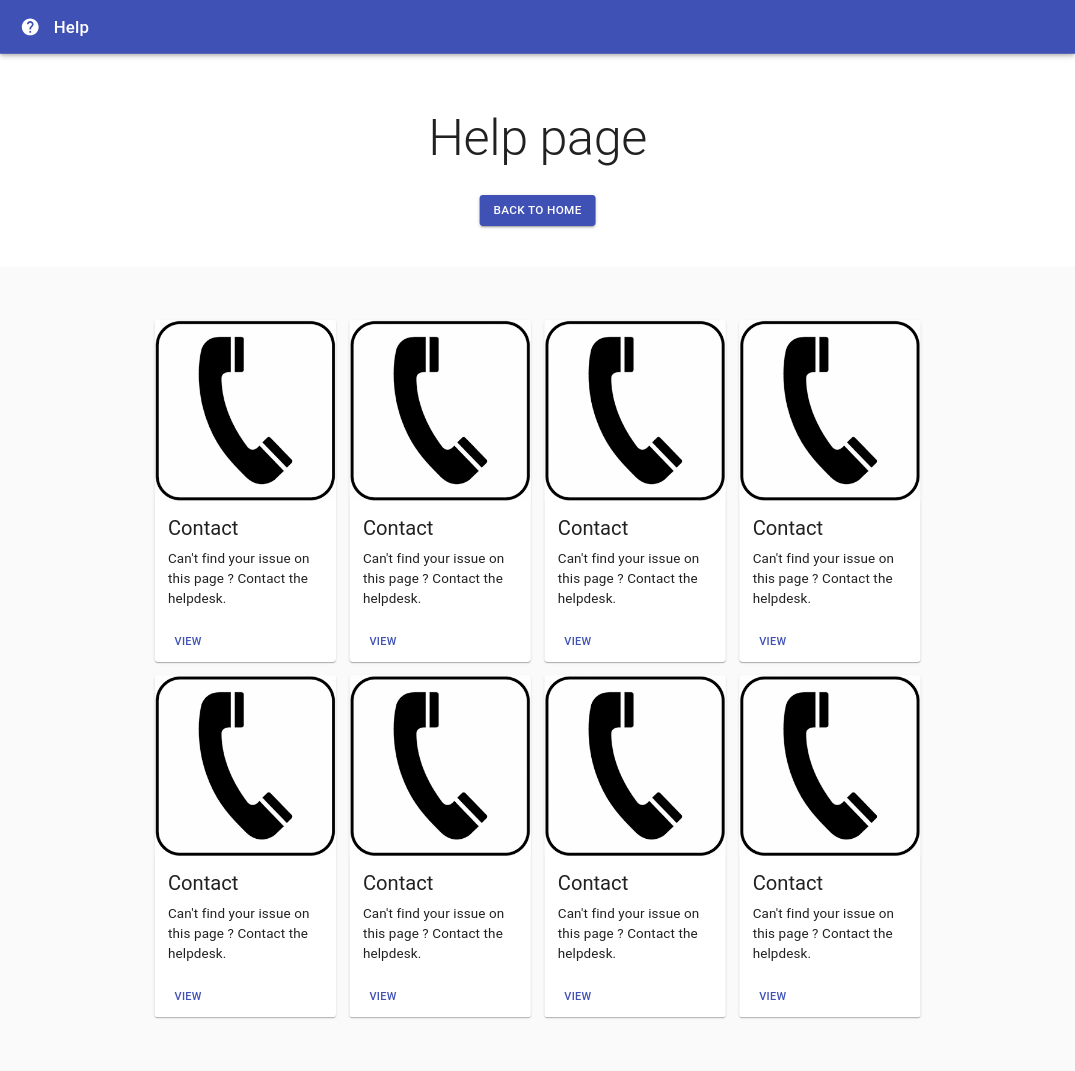
Repository: sapbrussels/intelligenthighway_webapp
Page: /Problempage (app in router/)
The author's editor kept a copy of each file at every save. The page is drawn from the files as they stood at one save, then again after the next save.
The browser window is 1280 px wide. The pictures show the whole page, at 84% of full size.
The project was rebuilt for these pictures with package versions that can differ from the ones it lists, and the page was loaded fresh each time. Also part of the build but not shown: router/src/App.css, router/src/Login.js, router/src/Title.js, router/src/Maps.js, router/src/Jobspage.js, router/src/Direction.js, router/src/Maintenance.js, router/src/Help.js.

Above is the page before, as saved 2020-03-31 13:47:00.

### router/src/App.js
import React from 'react';
import {BrowserRouter, Route, Switch} from "react-router-dom";
import './App.css';
import Login from './Login';
import Jobspage from'./Jobspage';
import Maintenance from './Maintenance';
import Help from './Help';
import Problempage from './Problempage';

function App() {
  return (
    <BrowserRouter>
    <Switch>
     <Route path='/' exact component={Login}/>
     <Route path='/Jobspage' exact component={Jobspage}/>
     <Route path='/Maintenance' exact component={Maintenance}/>
     <Route path='/Help' exact component={Help}/>
     <Route path='/Problempage' exact component={Problempage}/>
     </Switch>
    </BrowserRouter>

  );
}

export default App;

### router/src/Problempage.js
import React from 'react';
import AppBar from '@material-ui/core/AppBar';
import Button from '@material-ui/core/Button';
import HelpIcon from '@material-ui/icons/Help';
import Card from '@material-ui/core/Card';
import { Link } from "react-router-dom";
import CardActions from '@material-ui/core/CardActions';
import CardContent from '@material-ui/core/CardContent';
import CardMedia from '@material-ui/core/CardMedia';
import CssBaseline from '@material-ui/core/CssBaseline';
import Grid from '@material-ui/core/Grid';
import Toolbar from '@material-ui/core/Toolbar';
import Typography from '@material-ui/core/Typography';
import { makeStyles } from '@material-ui/core/styles';
import Container from '@material-ui/core/Container';



const useStyles = makeStyles((theme) => ({
  icon: {
    marginRight: theme.spacing(2),
  },
  heroContent: {
    backgroundColor: theme.palette.background.paper,
    padding: theme.spacing(8, 0, 6),
  },
  heroButtons: {
    marginTop: theme.spacing(4),
  },
  cardGrid: {
    paddingTop: theme.spacing(8),
    paddingBottom: theme.spacing(8),
  },
  card: {
    height: '100%',
    display: 'flex',
    flexDirection: 'column',

  },
  cardMedia: {
    paddingTop: '100%', // 16:9
  },
  cardContent: {
    flexGrow: 1,
  },
  footer: {
    backgroundColor: theme.palette.background.paper,
    padding: theme.spacing(6),
  },
}));



export default function Album() {
  const classes = useStyles();

  return (
    <React.Fragment>
      <CssBaseline />
      <AppBar position="relative">
        <Toolbar>
          <HelpIcon className={classes.icon} />
          <Typography variant="h6" color="inherit" noWrap>
            Help
          </Typography>
        </Toolbar>
      </AppBar>
      <main>
        {/* Hero unit */}
        <div className={classes.heroContent}>
          <Container maxWidth="sm">
            <Typography component="h1" variant="h2" align="center" color="textPrimary" gutterBottom>
              Help page
            </Typography>
            <div className={classes.heroButtons}>
              <Grid container spacing={2} justify="center">
                <Grid item>
                  <Link to='/Jobspage'><Button variant="contained" color="primary">
                    Back to home
                  </Button></Link>
                </Grid>
              </Grid>
            </div>
          </Container>
        </div>
        <Container className={classes.cardGrid} maxWidth="md">
          {/* End hero unit */}
            <Grid container spacing={2}>
            <Grid item xs={4}sm={3} >
                <Card className={classes.card}>
                  <CardMedia
                    className={classes.cardMedia}
                    image="contact.png"
                    title="Image title"
                  />
                  <CardContent className={classes.cardContent}>
                    <Typography gutterBottom variant="h5" component="h2">
                      Contact
                    </Typography>
                    <Typography>
                      Can't find your issue on this page ? Contact the helpdesk.
                    </Typography>
                  </CardContent>
                  <CardActions>
                    <Button size="small" color="primary">
                      View
                    </Button>
                  </CardActions>
                </Card>
              </Grid>
              <Grid item xs={4}sm={3} >
                <Card className={classes.card}>
                  <CardMedia
                    className={classes.cardMedia}
                    image="contact.png"
                    title="Image title"
                  />
                  <CardContent className={classes.cardContent}>
                    <Typography gutterBottom variant="h5" component="h2">
                      Contact
                    </Typography>
                    <Typography>
                      Can't find your issue on this page ? Contact the helpdesk.
                    </Typography>
                  </CardContent>
                  <CardActions>
                    <Button size="small" color="primary">
                      View
                    </Button>
                  </CardActions>
                </Card>
              </Grid>
              <Grid item xs={4}sm={3} >
                <Card className={classes.card}>
                  <CardMedia
                    className={classes.cardMedia}
                    image="contact.png"
                    title="Image title"
                  />
                  <CardContent className={classes.cardContent}>
                    <Typography gutterBottom variant="h5" component="h2">
                      Contact
                    </Typography>
                    <Typography>
                      Can't find your issue on this page ? Contact the helpdesk.
                    </Typography>
                  </CardContent>
                  <CardActions>
                    <Button size="small" color="primary">
                      View
                    </Button>
                  </CardActions>
                </Card>
              </Grid>
              <Grid item xs={4}sm={3} >
                <Card className={classes.card}>
                  <CardMedia
                    className={classes.cardMedia}
                    image="contact.png"
                    title="Image title"
                  />
                  <CardContent className={classes.cardContent}>
                    <Typography gutterBottom variant="h5" component="h2">
                      Contact
                    </Typography>
                    <Typography>
                      Can't find your issue on this page ? Contact the helpdesk.
                    </Typography>
                  </CardContent>
                  <CardActions>
                    <Button size="small" color="primary">
                      View
                    </Button>
                  </CardActions>
                </Card>
              </Grid>
              <Grid item xs={4}sm={3} >
                <Card className={classes.card}>
                  <CardMedia
                    className={classes.cardMedia}
                    image="contact.png"
                    title="Image title"
                  />
                  <CardContent className={classes.cardContent}>
                    <Typography gutterBottom variant="h5" component="h2">
                      Contact
                    </Typography>
                    <Typography>
                      Can't find your issue on this page ? Contact the helpdesk.
                    </Typography>
                  </CardContent>
                  <CardActions>
                    <Button size="small" color="primary">
                      View
                    </Button>
                  </CardActions>
                </Card>
              </Grid>

              <Grid item xs={4}sm={3} >
                <Card className={classes.card}>
                  <CardMedia
                    className={classes.cardMedia}
                    image="contact.png"
                    title="Image title"
                  />
                  <CardContent className={classes.cardContent}>
                    <Typography gutterBottom variant="h5" component="h2">
                      Contact
                    </Typography>
                    <Typography>
                      Can't find your issue on this page ? Contact the helpdesk.
                    </Typography>
                  </CardContent>
                  <CardActions>
                    <Button size="small" color="primary">
                      View
                    </Button>
                  </CardActions>
                </Card>
              </Grid>
              <Grid item xs={4}sm={3} >
                <Card className={classes.card}>
                  <CardMedia
                    className={classes.cardMedia}
                    image="contact.png"
                    title="Image title"
                  />
                  <CardContent className={classes.cardContent}>
                    <Typography gutterBottom variant="h5" component="h2">
                      Contact
                    </Typography>
                    <Typography>
                      Can't find your issue on this page ? Contact the helpdesk.
                    </Typography>
                  </CardContent>
                  <CardActions>
                    <Button size="small" color="primary">
                      View
                    </Button>
                  </CardActions>
                </Card>
              </Grid>
              <Grid item xs={4}sm={3} >
                <Card className={classes.card}>
                  <CardMedia
                    className={classes.cardMedia}
                    image="contact.png"
                    title="Image title"
                  />
                  <CardContent className={classes.cardContent}>
                    <Typography gutterBottom variant="h5" component="h2">
                      Contact
                    </Typography>
                    <Typography>
                      Can't find your issue on this page ? Contact the helpdesk.
                    </Typography>
                  </CardContent>
                  <CardActions>
                    <Button size="small" color="primary">
                      View
                    </Button>
                  </CardActions>
                </Card>
              </Grid>
            </Grid>
          </Container>
      </main>
    </React.Fragment>
  );
}

### router/src/listItems.js
import React from 'react';
import ListItem from '@material-ui/core/ListItem';
import ListItemIcon from '@material-ui/core/ListItemIcon';
import ListItemText from '@material-ui/core/ListItemText';
import DashboardIcon from '@material-ui/icons/Dashboard';
import ShoppingCartIcon from '@material-ui/icons/ShoppingCart';
import PeopleIcon from '@material-ui/icons/People';
import { Link } from "react-router-dom";

export const mainListItems = (
  <div>
        <ListItem >
          <ListItemIcon>
            <DashboardIcon />
          </ListItemIcon>
          <ListItemText  primary="jobs page" />
        </ListItem>
      <Link to='/Maintenance'>
          <ListItem button>
          <ListItemIcon>
            <ShoppingCartIcon />
          </ListItemIcon>
          <ListItemText primary="History" />
        </ListItem></Link>
      <Link to='/Help'>
          <ListItem button>
          <ListItemIcon>
            <PeopleIcon />
          </ListItemIcon>
          <ListItemText primary="help" />
        </ListItem></Link>
  </div>
);

### router/src/LightStatus.js
import React from 'react';
import Link from '@material-ui/core/Link';
import { makeStyles } from '@material-ui/core/styles';
import Table from '@material-ui/core/Table';
import TableBody from '@material-ui/core/TableBody';
import TableCell from '@material-ui/core/TableCell';
import TableHead from '@material-ui/core/TableHead';
import TableRow from '@material-ui/core/TableRow';
import Rectangle from 'react-rectangle';
import Title from './Title';



// Generate Order Data
function createData(id, street_light, status,light) {
  return { street_light, status, light};
}

const rows = [
  createData(0, 'Boulevard Avroy 1.9', 'ON', <Rectangle aspectRatio={[3,3]}>
  <div style={{ background: '#008000',  width: '40%', height: '40%' }} />
</Rectangle>),
  createData(1, 'Rue de Londres 2.1', 'OFF',<Rectangle aspectRatio={[3,3]}>
  <div style={{ background: '#FFFFFF', width: '40%', height: '40%' }} />
</Rectangle>),
  createData(2, 'Rue de Londres 2.3', 'X',<Rectangle aspectRatio={[3,3]}>
  <div style={{ background: '#FF0000', width: '40%', height: '40%' }} />
</Rectangle>),
];

function preventDefault(event) {
  event.preventDefault();
}

const useStyles = makeStyles((theme) => ({
  seeMore: {
    marginTop: theme.spacing(3),
    padding: '20px',
    borderRadius:'10px',
  },
}));

export default function LightStatus() {
  const classes = useStyles();
  return (
    <React.Fragment>
      <Title>Light status</Title>
      <Table size="small">
        <TableHead>
          <TableRow>
            <TableCell>street light</TableCell>
            <TableCell>status</TableCell>
            <TableCell></TableCell>
          </TableRow>
        </TableHead>
        <TableBody>
          {rows.map((row) => (
            <TableRow key={row.id}>
              <TableCell>{row.street_light}</TableCell>
              <TableCell> {row.status}</TableCell>
              <TableCell> {row.light}</TableCell>
            </TableRow>
          ))}
        </TableBody>
      </Table>
      <div className={classes.seeMore}>
        <Link color="primary" href="#" onClick={preventDefault}>
          See more lights
        </Link>
      </div>
    </React.Fragment>
  );
}

### router/src/Jobslist.js
import React from 'react';
import {Link} from 'react-router-dom';
import { makeStyles } from '@material-ui/core/styles';
import Table from '@material-ui/core/Table';
import TableBody from '@material-ui/core/TableBody';
import TableCell from '@material-ui/core/TableCell';
import TableHead from '@material-ui/core/TableHead';
import TableRow from '@material-ui/core/TableRow';
import Title from './Title';

// Generate Order Data
function createData(id, location, job, accept, info) {
  return { id, location, job, accept, info };
}

const rows = [
    createData(0, 'Boulevard Avroy 1.9', 'Maintenance',<Link to="/Maintenance"><button>Accept</button></Link>),
    createData(1, 'Rue de Londres 2.1', 'Fix issue',<button>Accept</button>, <Link to="/Problempage"><button>find more info</button></Link>),
];

function preventDefault(event) {
  event.preventDefault();
}

const useStyles = makeStyles((theme) => ({
  seeMore: {
    marginTop: theme.spacing(3),
    padding: '20px',
    borderRadius:'10px',
  },
}));

    export default function Jobslist() {
    const classes = useStyles();
    return (
        <React.Fragment>
        <Title>jobs available</Title>
        <Table size="small">
            <TableHead>
            <TableRow>
                <TableCell>location</TableCell>
                <TableCell>job</TableCell>
                <TableCell>Accept the job</TableCell>
                <TableCell>More info</TableCell>
            </TableRow>
            </TableHead>
            <TableBody>
            {rows.map((row) => (
                <TableRow key={row.id}>
                <TableCell>{row.location}</TableCell>
                <TableCell>{row.job}</TableCell>
                <TableCell>{row.accept}</TableCell>
                <TableCell>{row.info}</TableCell>
                </TableRow>
            ))}
            </TableBody>
        </Table>
        <div className={classes.seeMore}>
            <Link color="primary" href="#" onClick={preventDefault}>
            See more orders
            </Link>
        </div>
        </React.Fragment>
    );
}

### router/src/Checklist.js
import React from 'react';
import Link from '@material-ui/core/Link';
import { makeStyles } from '@material-ui/core/styles';
import Table from '@material-ui/core/Table';
import TableBody from '@material-ui/core/TableBody';
import TableCell from '@material-ui/core/TableCell';
import TableHead from '@material-ui/core/TableHead';
import TableRow from '@material-ui/core/TableRow';
import Title from './Title';
import { Checkbox } from '@material-ui/core';

// Generate Order Data
function createData(id, check, tasks) {
  return { id, check, tasks };
}

const rows = [
  createData(0, <Checkbox></Checkbox>,'Turn all switches OFF & ON to stop dust build up'),
  createData(1, <Checkbox></Checkbox>,'turn all circuit-breakers OFF and reset'),
  createData(2, <Checkbox></Checkbox>,'Check for high resistance joints'),
  createData(3, <Checkbox></Checkbox>,'clean PE cell faces then cover to test functionnality'),
  createData(4, <Checkbox></Checkbox>,'check MEN and earthing'),
  createData(0, <Checkbox></Checkbox>,'Luminaire cleaning and inspection'),
  createData(1, <Checkbox></Checkbox>,'Inspect for any sign of vermin damage in the cabinet'),
  createData(2, <Checkbox></Checkbox>,'Remove grafitit on cabinet'),
  createData(3, <Checkbox></Checkbox>,'Trim all trees that interfere with solar-panels and light output of lulinaires'),
  createData(4, <Checkbox></Checkbox>,'Check all support structures for their integreties'),
  createData(3, <Checkbox></Checkbox>,'Installation, maintenance and replacement of post indentification label'),
  createData(4, <Checkbox></Checkbox>,'Installation, maintenace and replacement of supply point indentification labels'),
];


const useStyles = makeStyles((theme) => ({
  seeMore: {
    marginTop: theme.spacing(3),

  },
}));

export default function Orders() {
  const classes = useStyles();
  return (
    <React.Fragment>
      <Title>Maintenance checklist</Title>
      <Table size="small">
        <TableHead>
          <TableRow>
            <TableCell></TableCell>
            <TableCell>tasks</TableCell>

          </TableRow>
        </TableHead>
        <TableBody>
          {rows.map((row) => (
            <TableRow key={row.id}>
              <TableCell>{row.check}</TableCell>
              <TableCell>{row.tasks}</TableCell>
            </TableRow>
          ))}
        </TableBody>
      </Table>
      <div className={classes.seeMore}>
        <Link><button>Finished</button></Link>
      </div>
    </React.Fragment>
  );
}

Loaded but not shown: router/public/index.html (common file); router/src/index.js (common file); router/src/index.css (common file); router/src/serviceWorker.js (common file)

After the next save:
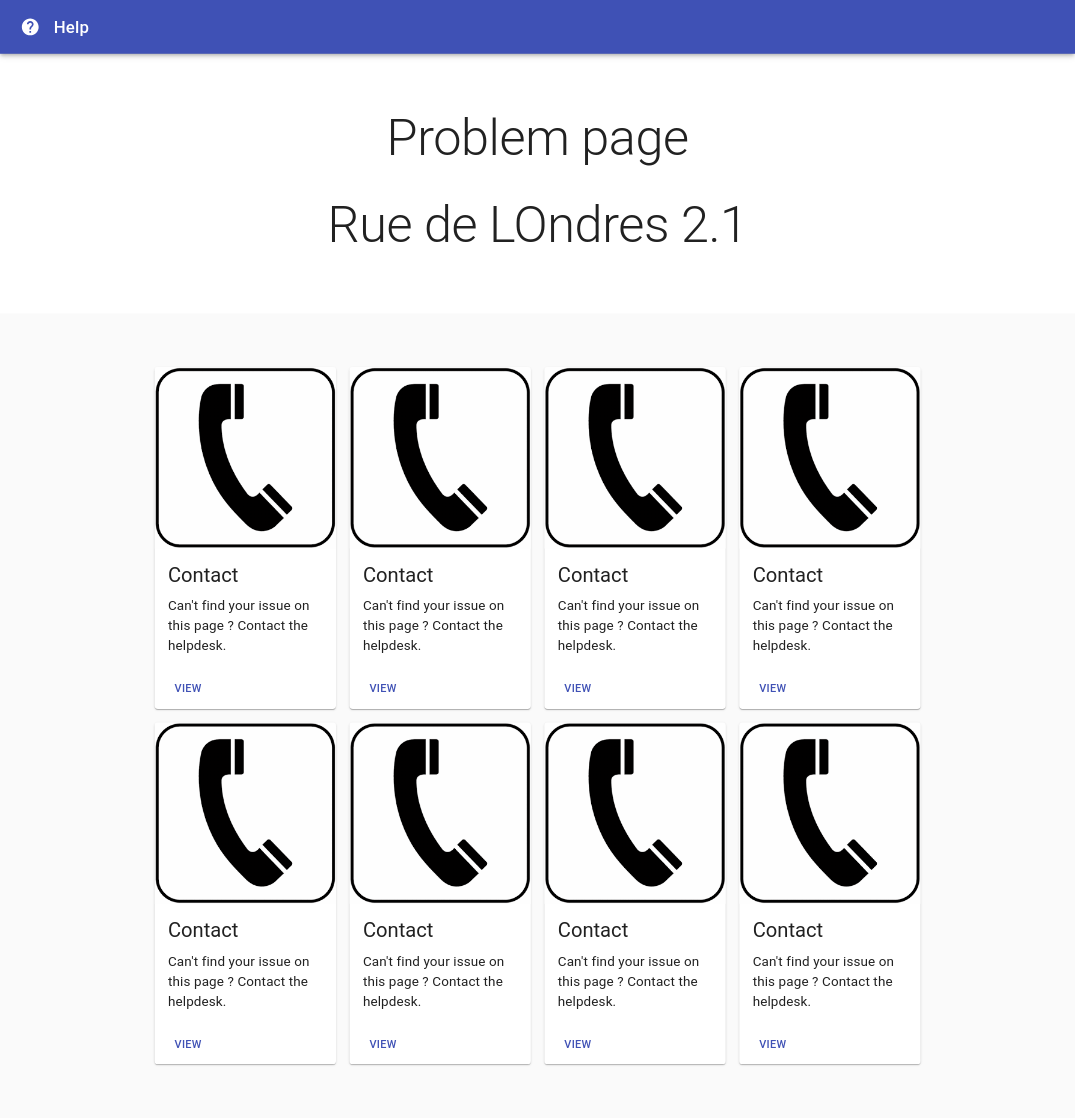
Saved 108 s later.
--- a/router/src/Problempage.js
+++ b/router/src/Problempage.js
@@ -70,14 +70,14 @@ export default function Album() {
         <div className={classes.heroContent}>
           <Container maxWidth="sm">
             <Typography component="h1" variant="h2" align="center" color="textPrimary" gutterBottom>
-              Help page
+              Problem page
             </Typography>
             <div className={classes.heroButtons}>
               <Grid container spacing={2} justify="center">
                 <Grid item>
-                  <Link to='/Jobspage'><Button variant="contained" color="primary">
-                    Back to home
-                  </Button></Link>
+                <Typography component="h3" variant="h2" align="center" color="textPrimary" gutterBottom>
+                 Rue de LOndres 2.1
+                </Typography>
                 </Grid>
               </Grid>
             </div>
